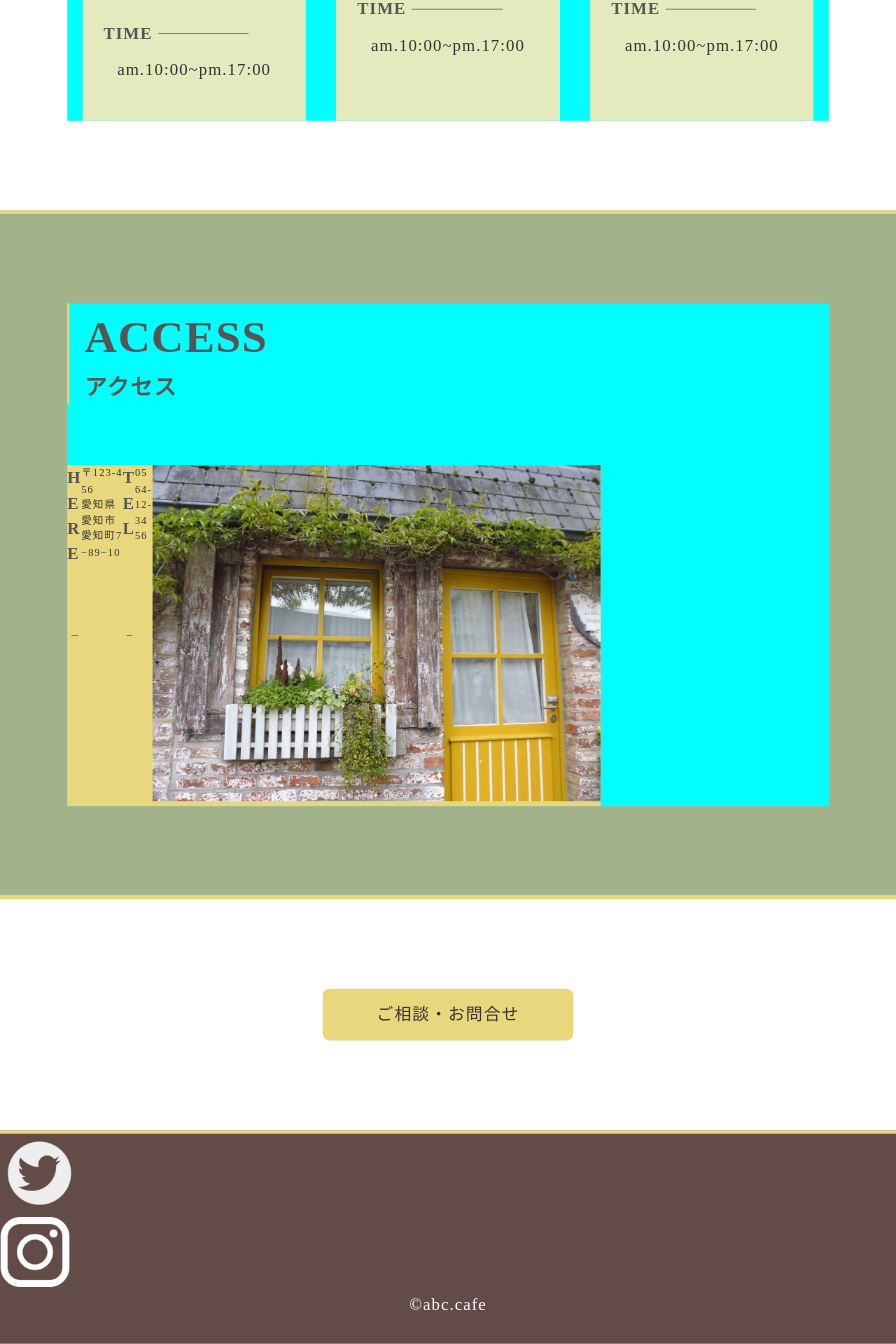
Repository: nozomi-23/lp1_test
Page: index.html
The author's editor kept a copy of each file at every save. The page is drawn from the files as they stood at one save, then again after the next save.
The browser window is 1280 px wide. The pictures show the part of the page from y = 3921 to 5841 px (the page is 5841 px tall before and 5400 px after), at 70% of full size.

Above is the page before, as saved 2022-06-08 23:11:23.

### index.html
<!DOCTYPE html>
<html lang="ja">
<head>
  <meta charset="UTF-8">
  <title>abc.cafe</title>
  <meta name="description" content="旬の果物とオーガニックなカフェ">
  <meta name="keywords" content="cafe,カフェ,フルーツ,お洒落">
  <meta name="viewport" content="width=device-width, initial-scale=1.0">
  <meta property="og:title" content="フルーツカフェ「abc.cafe」">
  <meta property="og:type" content="article">
  <meta property="og:url" content="https://withcode-plus.tech">
  <meta property="og:image" content="img/logo.png">
  <meta property="og:description" content="旬の果物とカラダに優しい食事を。">
  <meta property="og:site_name" content="お洒落なフルーツカフェ">
  <link rel="icon" href="img/favicon1.ico">
  <link rel="apple-touch-icon" sizes="180x180" href="img/logo.png">
  <link rel="preconnect" href="https://fonts.googleapis.com">
  <link rel="preconnect" href="https://fonts.gstatic.com" crossorigin>
  <link href="https://fonts.googleapis.com/css2?family=Noto+Serif+JP:wght@400;500;600;700;900&display=swap"
    rel="stylesheet">
  <link rel="stylesheet" href="css/reset.css">
  <link rel="stylesheet" href="css/common.css">
</head>
<body>
  <!-- ============= header -->
  <header>
    <div class="header_wrapper">
      <div class="inner">
        <nav class="header_nav">
          <ul>
            <li><a href="#news">NEWS<span>ニュース</span></a></li>
            <li><a href="#about">ABOUT<span>abc.cafeとは</span></a></li>
            <li><a href="#menu">MENU<span>メニュー</span></a></li>
            <li><a href="#access">ACCESS<span>アクセス</span></a></li>
            <li><a href="#contact">CONTACT<span>お問合せ</span></a></li>
          </ul>
        </nav>
      </div>
    </div>
  </header>
  <!-- ===================-main -->
  <div class="top_wrapper">
    <div class="top_inner">
      <h1>abc.cafe</h1>
    </div>
  </div>
  <!-- ===================-news -->
  <section id="news">
    <div class="news_wrapper">
      <div class="inner">
        <h2 class="title">NEWS<span>最新情報</span></h2>
        <div class="news_txt">
          <table>
            <tr>
              <th>2022.6</th>
              <td>今月の営業時間　更新しました</td>
            </tr>
            <tr>
              <th>2022.5</th>
              <td>期間限定　季節のフルーツパフェはじめました</td>
            </tr>
            <tr>
              <th>2022.3</th>
              <td>新メニュー追加しました</td>
            </tr>
          </table>
        </div>
      </div>
    </div>
  </section>
  <!-- ===================-about -->
  <section class="about_img_1 section" id="about">
    <div class="inner">
      <div class="about_descript">
        <h2 class="title">ABOUT<span>abc.cafeについて</span></h2>
        <div class="txt">
          <h3>abc.cafeのこだわり</h3>
          <p><strong>カラダは食べるものでできている</strong><br>
            いつまでも元気な身体でいるためにはどんな食生活をするかが大切です。皆さん果物を積極的に食べていますか？abc.cafeは愛知県内の農家から届く<strong>季節のフルーツ</strong>をふんだんに使用したメニューを提供しています。</p>
        </div>
    </div>
    </div>
    </section>
  <section class="about_img_2 section"   id="about">
    <div class="inner">
      <div class="about_descript about_descript_right">
        <h2 class="title">MORE..<span>さらに</span></h2>
        <div class="txt">
          <h3>coffeeにもこだわり</h3>
          <p>abc.cafeではオーナー自らが仕入れたこだわりのコーヒー豆を直焙煎し提供しています。
          果物に合う「<strong>後味のキレイなコーヒー</strong>」を追求し、最後の一滴まで満足のいく一杯に仕上げました。お洒落なラテアートで視覚的にも楽しんでください。。
          </p>
        </div>
    </div>
    </div>
  </div>
  </section>

  <!-- ===================-menu -->
  <section class="menu_wrapper section_bg_white" id="menu">
    <div class="inner">
      <h2 class="title">MENU<span>メニュー</span></h2>
      <div class="fram_wrapper">
        <div class="fram">
          <div class="fram_txt">
            <span>food</span>
            <h4>フレンチトースト</h4>
            <p>人気のフレンチトーストやワッフルをご用意しています。その他にも、無農薬栽培の野菜を使用したお食事もご用意してます。</p>
          </div>
          <img class="photo" src="img/menu_1.png" alt="フレンチトースト">
          <div>
            <p class="sub_title">TIME</p>
          </div>
          <p class="time">am.<span>10:00</span>~pm.<span>17:00</span></p>
        </div>
        <div class="fram">
          <div class="fram_txt">
            <span>dessert</span>
            <h4>季節のパフェ</h4>
            <p>今が旬の果物をふんだんに使用したパフェです。ヨーグルトやグラノーラを使用し身体にやさしいヘルシーなパフェです。<br>
            <strong>※数に限りがございます。</strong></p>
          </div>
          <img class="photo" src="img/menu_2.png" alt="パフェ">
          <div>
            <p class="sub_title">TIME</p>
          </div>
          <p class="time">am.<span>10:00</span>~pm.<span>17:00</span></p>
        </div>
        <div class="fram">
          <div class="fram_txt">
            <span>coffee</span>
            <h4>テイクアウト</h4>
            <p>ちょっと一息つきたい時に。こだわり抜いた豆と焙煎方法でabc.cafeにしかないコーヒーを提供します。<br>
            <strong>※パックの販売もしております。</strong>
            </p>
          </div>
          <p class="fram_txt"></p>
          <img class="photo" src="img/menu_3.png" alt="テイクアウト">
          <p class="sub_title">TIME</p>
          <p class="time">am.<span>10:00</span>~pm.<span>17:00</span></p>
        </div>
      </div>
    </div>
  </section>
  <!-- ================access-->
  <section class="section" id="access">
    <div class="inner">
      <h2 class="title">ACCESS<span>アクセス</span></h2>
      <div class="access_ferm">
        <p class="sub_title">HERE</p>
        <p class="adress">〒123-456<br>
        愛知県　愛知市　愛知町7−89−10</p>
        <p class="sub_title">TEL</p>
        <p class="adress">0564-12-3456</p>
        <div class="access_img">
        <img src="img/access.png" width="640" height="480" alt="アクセス">
      </div>
      </div>


    </div>

  </section>
  <!-- ================contact-->
  <section class="contact section_bg_white" id="contact">
    <div class="button">
      <a href="#">ご相談・お問合せ</a>
    </div>

  </section>
  <!-- ================footer-->
  <footer>
    <div class="footer_wrapper">
      <ul class="footer_sns">
        <li>
          <a href="#"><img src="img/footer_twitter.png" alt="twitter"></a>
        </li>
        <li>
          <a href="#"><img src="img/footer_insta.png" alt="instagram"></a>
        </li>
      </ul>
      <div class="copyriter">
      <p><small>&copy;abc.cafe</small></p>
      </div>

    </div>
  </footer>







</body>
</html>

### css/reset.css
@charset "UTF-8";

html,
body,
div,
span,
object,
iframe,
h1,
h2,
h3,
h4,
h5,
h6,
p,
blockquote,
pre,
abbr,
address,
cite,
code,
del,
dfn,
em,
img,
ins,
kbd,
q,
samp,
small,
strong,
sub,
sup,
var,
b,
i,
dl,
dt,
dd,
ol,
ul,
li,
fieldset,
form,
label,
legend,
table,
caption,
tbody,
tfoot,
thead,
tr,
th,
td,
article,
aside,
canvas,
details,
figcaption,
figure,
footer,
header,
hgroup,
menu,
nav,
section,
summary,
time,
mark,
audio,
video {
  margin: 0;
  padding: 0;
  border: 0;
  outline: 0;
  font-size: 100%;
  vertical-align: baseline;
  background: transparent;
}

body {
  line-height: 1;
}

article,
aside,
details,
figcaption,
figure,
footer,
header,
hgroup,
menu,
nav,
section {
  display: block;
}

nav ul {
  list-style: none;
}

blockquote,
q {
  quotes: none;
}

blockquote:before,
blockquote:after,
q:before,
q:after {
  content: '';
  content: none;
}

a {
  margin: 0;
  padding: 0;
  font-size: 100%;
  vertical-align: baseline;
  background: transparent;
}

/* change colours to suit your needs */
ins {
  background-color: #ff9;
  color: #000;
  text-decoration: none;
}

/* change colours to suit your needs */
mark {
  background-color: #ff9;
  color: #000;
  font-style: italic;
  font-weight: bold;
}

del {
  text-decoration: line-through;
}

abbr[title],
dfn[title] {
  border-bottom: 1px dotted;
  cursor: help;
}

table {
  border-collapse: collapse;
  border-spacing: 0;
}

/* change border colour to suit your needs */
hr {
  display: block;
  height: 1px;
  border: 0;
  border-top: 1px solid #cccccc;
  margin: 1em 0;
  padding: 0;
}

input,
select {
  vertical-align: middle;
}

### css/common.css
@charset "UTF-8";

body {
  font-size: 15px;
  color: #333;
  font-family: 'Noto Serif JP', serif;
  word-break: break-all;
  letter-spacing: 0.1em;
  line-height: 1.5;
}
a {
  text-decoration: none;
  color: #333;
}
li {
  list-style: none;
}
.inner {
  width: 85%;
  margin: 0 auto;
  background-color: aqua;
}
/* =====================
共通パーツ
=========================*/
.title {
  font-weight: bold;
  font-size: 4rem;
  color: #555;
  border-left: solid 3px #E9D77D;
  padding-left: 2%;
  margin-bottom: 8%;
}
.title span {
  display: block;
  font-size: 2rem;
}
.section {
  border-top: solid 5px #E9D77D;
  background-color: #A2B38B;
  padding: 10% 0;
}
.section_bg_white {
  background-color: #fff;
  border-top: solid 5px #E9D77D;
  padding: 10% 0;
}


/* =====================
header
=========================*/
.header_wrapper {
  width: 100%;
  background-color: #634B47;
}
.header_nav ul {
  width: 100%;
  display: table;
}
.header_nav ul li {
  display: table-cell;
  text-align: center;
}
.header_nav ul li a {
  display: inline-block;
  color: #fff;
  padding: 8% 0;
}
.header_nav ul li a:hover {
  opacity: 0.5;
}
.header_nav ul li a span {
  display: block;
  margin-top: 10%;
}
/* =====================
main
=========================*/
.top_wrapper {
  width: 100%;
  height: 85vh;
  overflow: hidden;
  background: url(../img/main.png) no-repeat center;
  background-size: cover;
}
.top_wrapper::after {
  content: "";
  position: relative;
  width: 100%;
}
.top_inner {
  position: absolute;
  top: 20%;
  left: 37%;
  z-index: 1;
}
.top_inner h1{
  font-family: 'Lobster', cursive;
  font-size: 15rem;
  color: #fff;
  opacity: 65%;
}
/* =====================
news
=========================*/
.news_wrapper {
  padding: 10% 0;
}
.news_txt table{
  margin: 0 auto;
  background-color: #E9D77D;
  font-size: 1.5rem;
}
.news_txt tr {
  border-top: solid 1px;
}
.news_txt th {
  padding: 20px 100px 20px 0;
  font-weight: normal;
}
.news_txt td {
  padding: 20px 100px 20px 0;
}
/* =====================
about
=========================*/

.txt h3 {
  font-size: 2.4rem;
  margin-bottom: 1em;
  font-weight: normal;
}
.txt p {
  font-size: 1.5rem;
}
.txt strong {
  border-bottom: solid 5px #E9D77D;
}
.about_img_1 {
  position: relative;
}
.about_img_1::after {
  position: absolute;
  content: "";
  background: url(../img/about_1.png) no-repeat center;
  background-size: cover;
  width: 50%;
  height: 100%;
  top: 0;
  left: 50%;
}
.about_img_2 {
  position: relative;
}
.about_img_2::after {
  position: absolute;
  content: "";
  background: url(../img/about_2.png) no-repeat center;
  background-size: cover;
  width: 50%;
  height: 100%;
  top: 0;

}
.about_descript {
  width: 42%;
}
.about_descript_right {
  position: relative;
  left: 58%;
}
/* =====================
menu
=========================*/
.fram_wrapper {
  display: flex;
  justify-content: space-between;
  width: 100%;

}
.fram {
  width: 33.3333%;
  background-color: #E4E9BE;
  margin: 0 2%;
  padding: 55px 30px;
}
.photo{
  width: 100%;
  height: auto;
  margin-top: 25%;
  margin-bottom: 10%;
}
.fram_txt span {
  font-size: 1.5rem;
}
.fram_txt h4 {
  font-size: 2.4rem;
  font-weight: normal;
  margin-bottom: 5%;
}
.fram_txt p strong {
  border-bottom: solid 3px #E9D77D;
}
.sub_title {
  font-size: 1.5rem;
  font-weight: bold;
  color: #555;
  position: relative;
}
.sub_title::after {
  content: "";
  position: absolute;
  width: 50%;
  height: 1px;
  background-color: #555;
  top: 50%;
  left: 30%;
}
.sub_title p {
  position: relative;
  padding-right: 40%;
}
.time {
  text-align: center;
  font-size: 1.5rem;
  padding-top: 1rem;
}
/* =====================
access
=========================*/
.access_ferm {
  width: 70%;
  display: flex;
  background-color: #E9D77D;
}

/* =====================
contact
=========================*/
.button {
  margin: 0 auto;
  text-align: center;
  background-color: #E9D77D;
  width: 25%;
  padding: 1.5%;
  border-radius: 10px;
}
.button:hover {
  cursor: pointer;
  opacity: 0.5;
}
.button a {
  font-size: 1.5rem;
}
/* =====================
footer
=========================*/
.footer_wrapper {
  border-top: solid 5px #E9D77D;
  background-color: #634B47;
}
.copyriter {
  color: #fff;
  text-align: center;
  padding-bottom: 3%;
  font-size: 1.5rem;
}

After the next save:
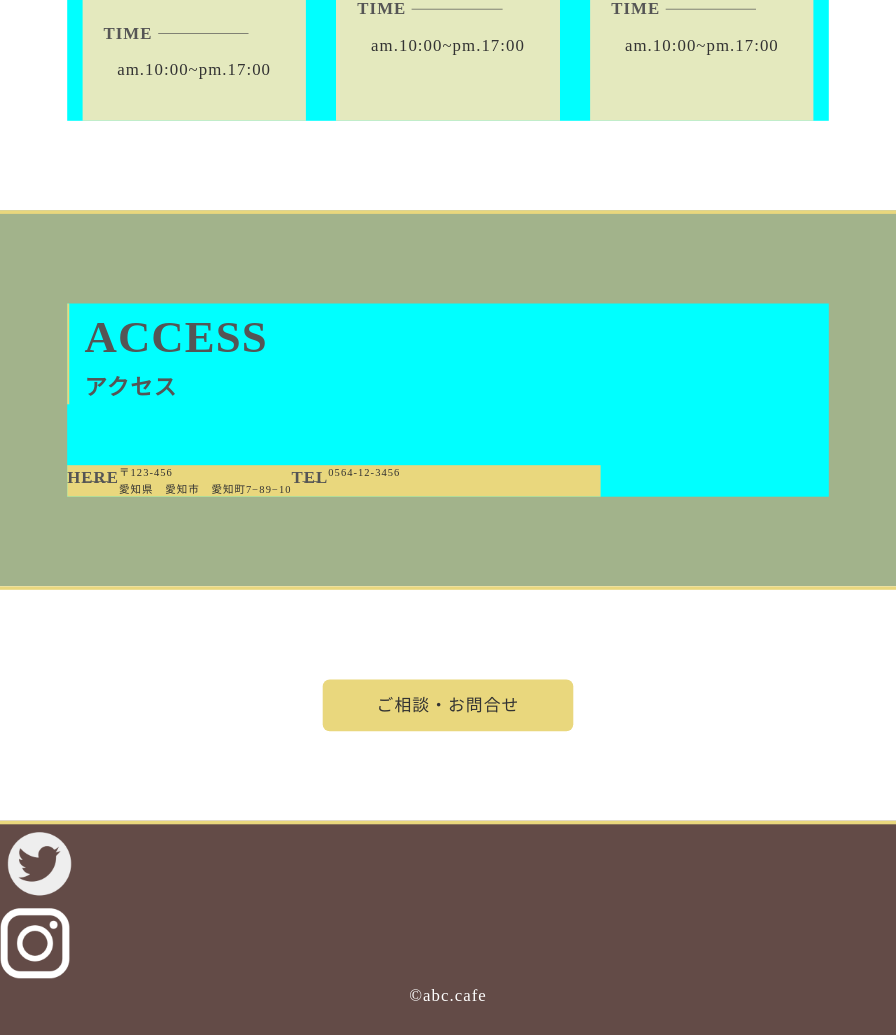
Saved 24 s later.
--- a/index.html
+++ b/index.html
@@ -152,9 +152,7 @@
         愛知県　愛知市　愛知町7−89−10</p>
         <p class="sub_title">TEL</p>
         <p class="adress">0564-12-3456</p>
-        <div class="access_img">
-        <img src="img/access.png" width="640" height="480" alt="アクセス">
-      </div>
+
       </div>
 
 
